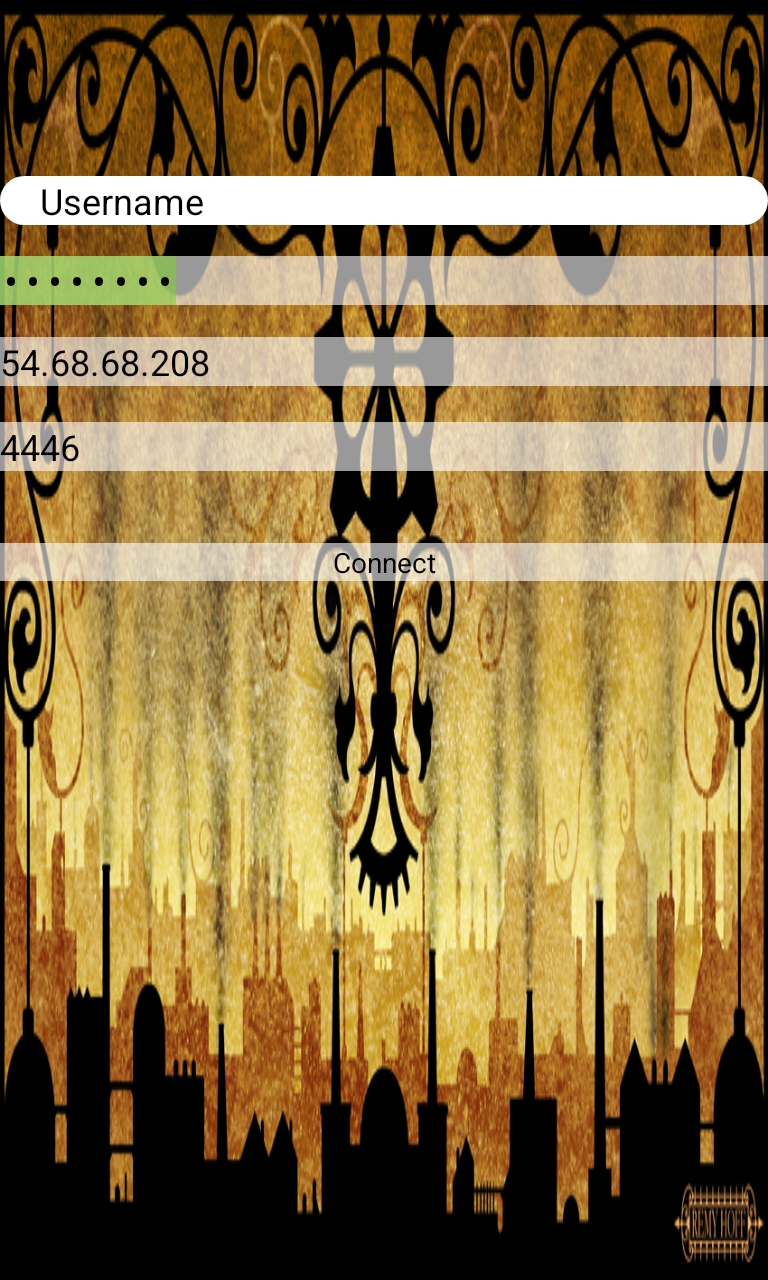
Repository: jkrepps/CSCE-482
Layout: Mobile Client (eclipse)/Industry of Deciet/res/layout/mains.xml
An editor plug-in stored every save of this project. The layout is shown before and after the next save, followed by the edit.
It is drawn on a 768 x 1280 px phone screen (xhdpi) without system bars, with theme AppTheme; the app's code is not run.

Above is the layout before, as saved 2014-12-03 10:48:17.

### Mobile Client (eclipse)/Industry of Deciet/res/layout/mains.xml
<?xml version="1.0" encoding="utf-8"?>
<FrameLayout xmlns:android="http://schemas.android.com/apk/res/android"
    android:layout_width="match_parent"
    android:layout_height="match_parent"
    android:background="@drawable/background_opening"
    android:theme="@android:style/Theme.NoTitleBar"
    >

    <!-- android:background="#0099cc"
         The primary full-screen view. This can be replaced with whatever view
         is needed to present your content, e.g. VideoView, SurfaceView,
         TextureView, etc.

    -->

    <!--
         This FrameLayout insets its children based on system windows using
         android:fitsSystemWindows.
    -->

    <RelativeLayout
        android:layout_width="match_parent"
        android:layout_height="match_parent" >

        <EditText
            android:id="@+id/editText3"
            android:layout_width="match_parent"
            android:layout_height="wrap_content"
            android:layout_alignParentLeft="true"
            android:layout_below="@+id/editText2"
            android:layout_marginTop="16dp"
            android:textColor="#FF000000"
            android:background="#99FFFFFF"
            android:ems="10"
            android:inputType="textPersonName"
            android:text="@string/IP" />

        <EditText
            android:id="@+id/editText4"
            android:layout_width="match_parent"
            android:layout_height="wrap_content"
            android:layout_alignParentLeft="true"
            android:layout_below="@+id/editText3"
            android:layout_marginTop="18dp"
            android:textColor="#FF000000"
            android:background="#99FFFFFF"
            android:ems="10"
            android:inputType="textPersonName"
            android:text="@string/Port" />

        <EditText
            android:id="@+id/editText2"
            android:layout_width="match_parent"
            android:layout_height="wrap_content"
            android:layout_alignParentLeft="true"
            android:layout_alignParentTop="true"
            android:layout_marginTop="128dp"
            android:background="#99FFFFFF"
            android:ems="10"
            android:inputType="textPassword"
            android:selectAllOnFocus="true"
            android:text="Password"
            android:textColor="#FF000000" >

            <requestFocus />
        </EditText>

        <Button
            android:id="@+id/button1"
            android:layout_width="match_parent"
            android:layout_height="wrap_content"
            android:layout_alignParentLeft="true"
            android:layout_below="@+id/editText4"
            android:layout_marginTop="36dp"
            android:background="#99FFFFFF"
            android:text="@string/button_main_menu"
            android:textColor="#FF000000" />

        <EditText
            android:id="@+id/editText1"
            android:layout_width="match_parent"
            android:layout_height="wrap_content"
            android:layout_alignBottom="@+id/editText2"
            android:layout_alignParentLeft="true"
            android:layout_marginBottom="40dp"
            android:background="@drawable/roundededittext"
            android:ems="10"
            android:inputType="textPersonName"
            android:paddingLeft="20dp"
            android:selectAllOnFocus="true"
            android:text="Username"
            android:textColor="#FF000000" />

    </RelativeLayout>

</FrameLayout>

### Mobile Client (eclipse)/Industry of Deciet/res/values/strings.xml
<?xml version="1.0" encoding="utf-8"?>
<resources>

    <string name="app_name">Industry of Deceit</string>
    <string name="dummy_button">Dummy Button</string>
    <string name="dummy_content">DUMMY\nCONTENT</string>
    <string name="hello_world">Hello world!</string>
    <string name="userText">Enter Text </string>
    <string name="menu_settings">Settings</string>
    <string name="username">yo</string>
    <string name="password">hihi</string>
    <string name="IP">54.68.68.208 </string>
    <string name="Port">4446 </string>
    <string name="button_main_menu">Connect</string>
    <string name="Centered"></string>

</resources>

### Mobile Client (eclipse)/Industry of Deciet/res/drawable-hdpi/roundededittext.xml
<?xml version="1.0" encoding="utf-8"?>
<!--  res/drawable/rounded_edittext.xml -->
<shape xmlns:android="http://schemas.android.com/apk/res/android"
android:shape="rectangle" android:padding="10dp">
 <solid android:color="#FFFFFF"/>
    <corners
     android:bottomRightRadius="15dp"
     android:bottomLeftRadius="15dp"
  android:topLeftRadius="15dp"
  android:topRightRadius="15dp"/>
</shape>

Loaded but not shown: Mobile Client (eclipse)/Industry of Deciet/res/values/styles.xml (common file); Mobile Client (eclipse)/Industry of Deciet/res/values-v11/styles.xml (common file); Mobile Client (eclipse)/Industry of Deciet/res/values-v14/styles.xml (common file)

After the next save:
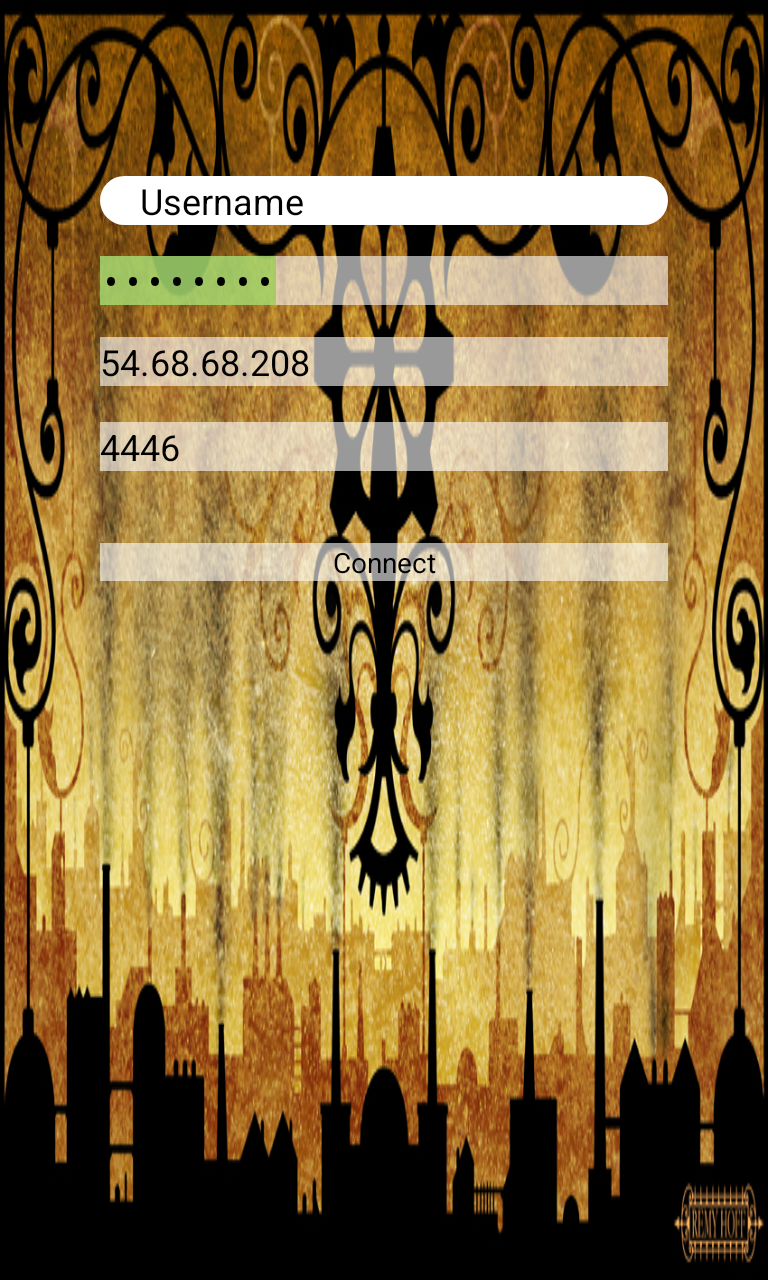
Saved 55 s later.
--- a/Mobile Client (eclipse)/Industry of Deciet/res/layout/mains.xml
+++ b/Mobile Client (eclipse)/Industry of Deciet/res/layout/mains.xml
@@ -20,7 +20,9 @@
 
     <RelativeLayout
         android:layout_width="match_parent"
-        android:layout_height="match_parent" >
+        android:layout_height="match_parent"
+        android:paddingLeft="50dp"
+        android:paddingRight="50dp" >
 
         <EditText
             android:id="@+id/editText3"
